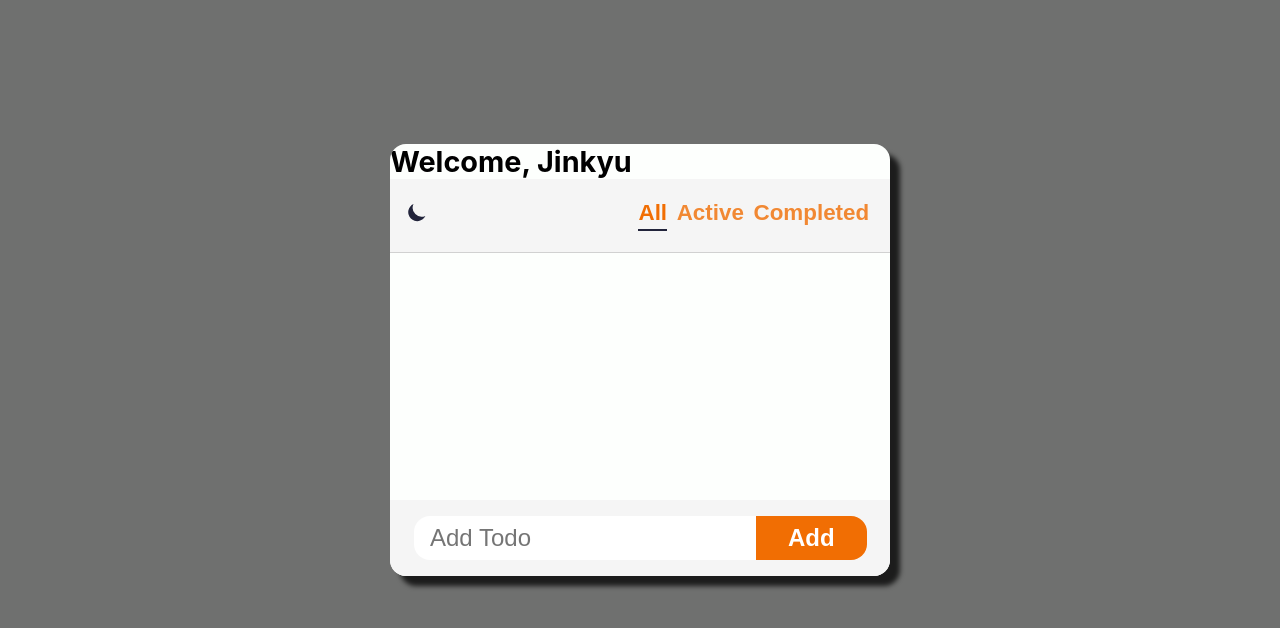
Repository: MrJinkyu/TodoList
Page: /
An editor plug-in stored every save of this project. The page is shown before and after the next save, followed by the edit.
The browser window is 1280 px wide. The pictures show the whole page.
The project was rebuilt for these pictures with package versions that can differ from the ones it lists, and the page was loaded fresh each time. Also part of the build but not shown: src/components/Todo.module.css, src/components/Todo.jsx, src/components/Greeting.module.css.

Above is the page before, as saved 2023-05-01 16:01:49.

After the next save:
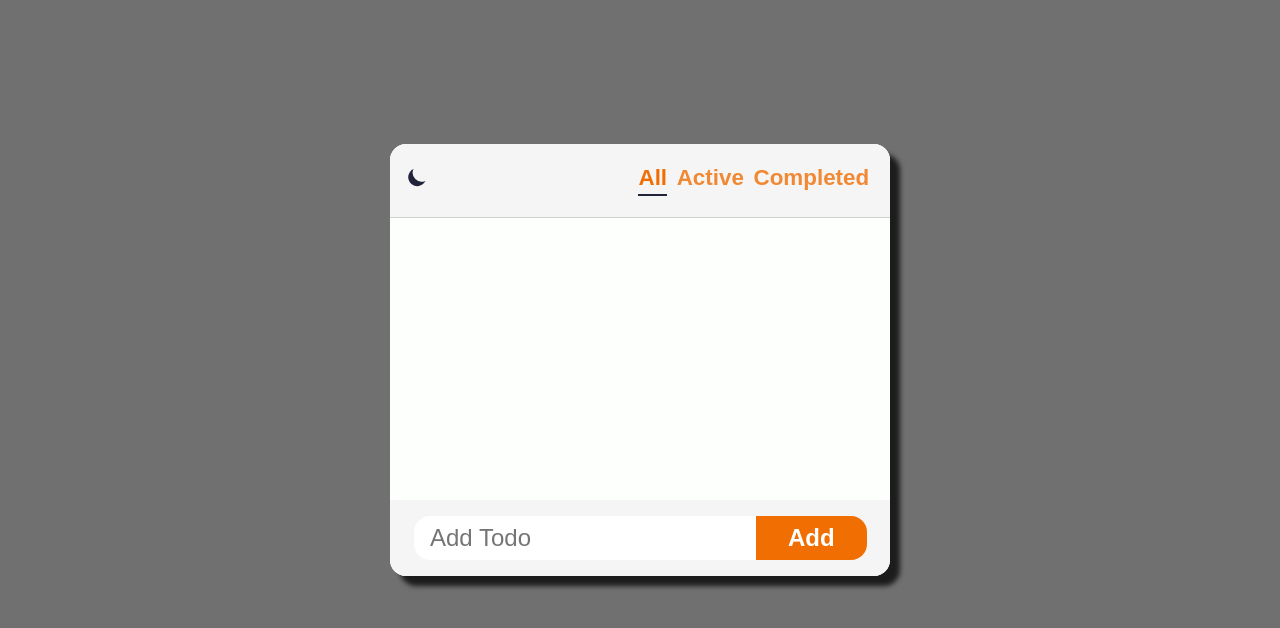
Saved 20 s later.
--- a/src/App.js
+++ b/src/App.js
@@ -2,19 +2,15 @@ import { useState } from "react";
 import TodoList from "./components/TodoList";
 import Header from "./components/Header";
 import { DarkModeProvider } from "./context/DarkModeContext";
-import Greeting from "./components/Greeting";
 
 const filters = ['all', 'active', 'completed'];
 function App() {
   const [filter, setFilter] = useState(filters[0]);
   return (
-    <>
-    <Greeting/>
     <DarkModeProvider>
       <Header filters={filters} filter={filter} onFilterChange={setFilter}/>
       <TodoList filter={filter}/>
     </DarkModeProvider>
-    </>
   );
 }
 
